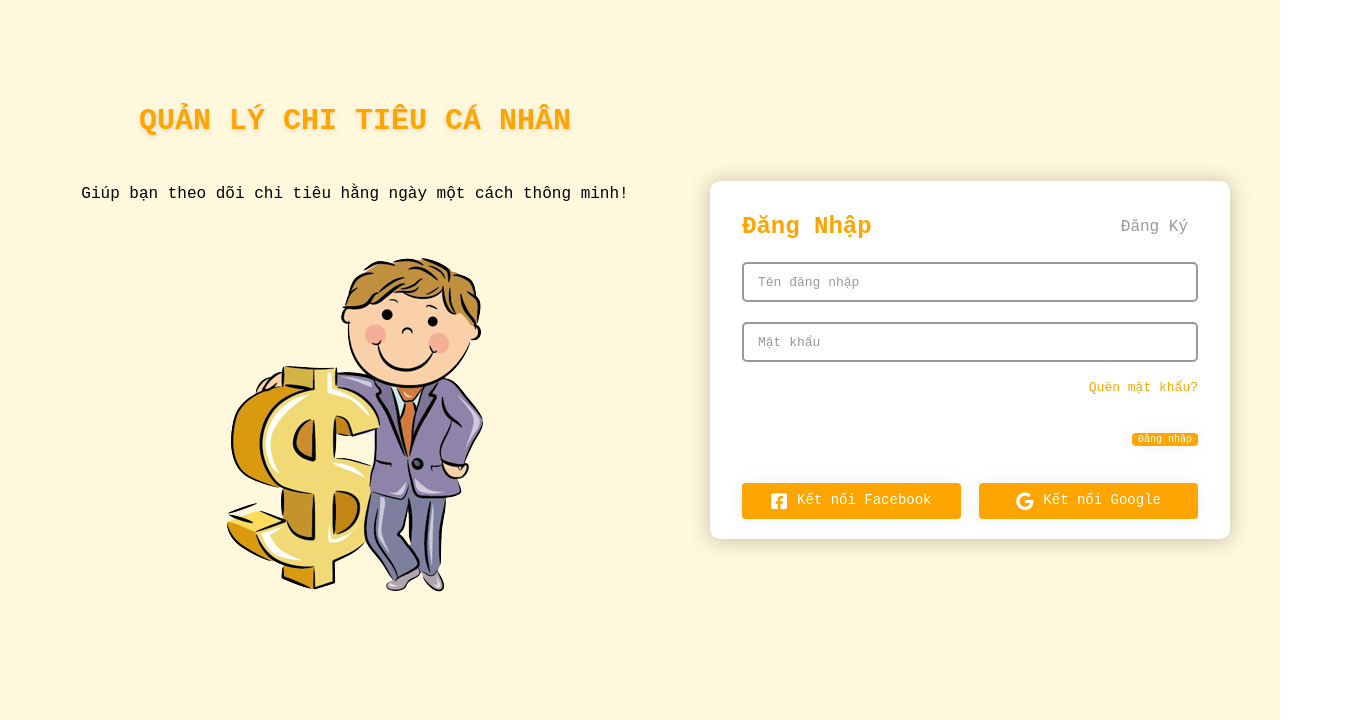
Repository: ximvhs/sochitieu
Page: html/start.html
These files come from the project's save history. The page is drawn as it stood at one moment and after the next save; the edit follows.
The browser window is 1280 px wide. The page is 1280 px wide, then 1356 px, so the pictures cover 1356 px, including what lies to the right of the window. The pictures show the whole page.
Some web fonts or font styles are not loaded; a fallback is used.

Above is the page before, as saved 2023-04-06 17:26:13.

After the next save:
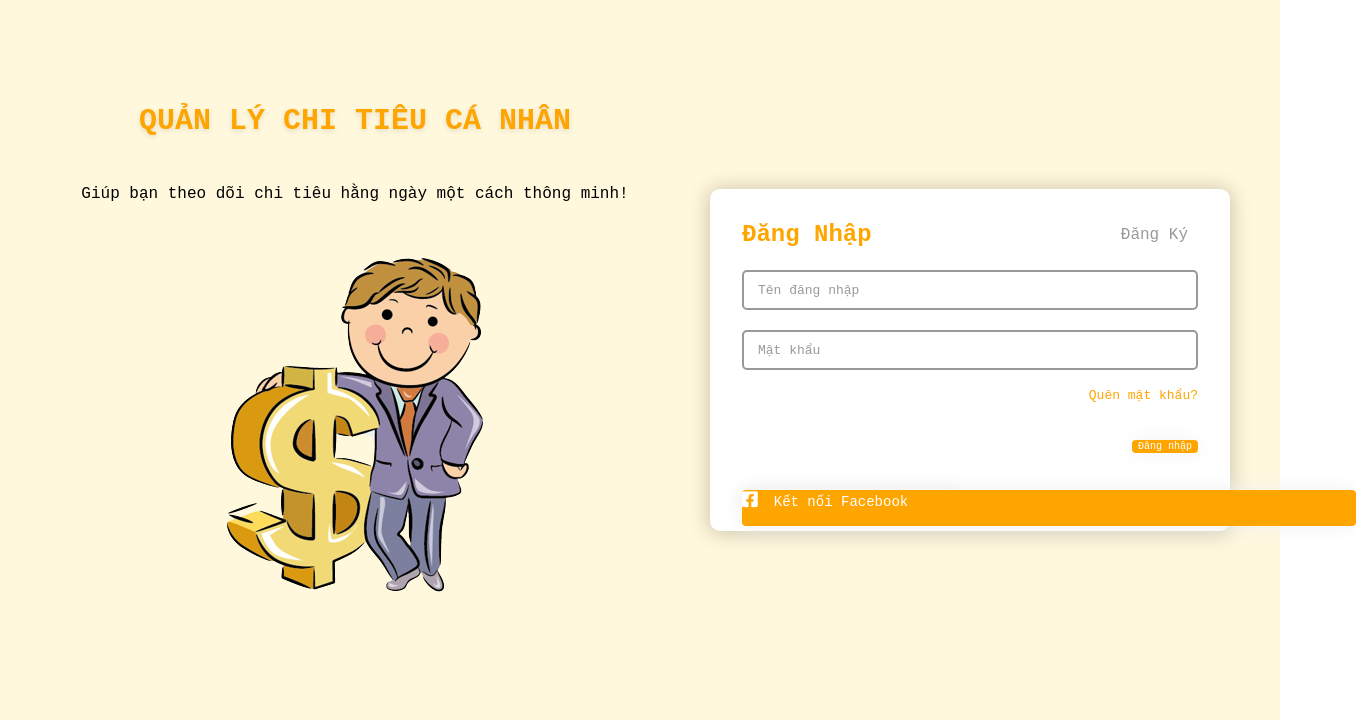
Saved 7 s later.
--- a/html/start.html
+++ b/html/start.html
@@ -56,7 +56,7 @@
                             </div>
 
                             <div class="auth-form__socials">
-                                <a href="#" class="auth-form__socials--facebook btn btn--size-s btn--with-icon">
+                                <a href="#" class="auth-form__socials--facebook btn__login btn--size-s btn--with-icon">
                                     <i class="auth-form__socials-icon fab fa-facebook-square"></i>
                                     <span class="auth-form__socials-text">Kết nối Facebook</span>
                                 </a>
